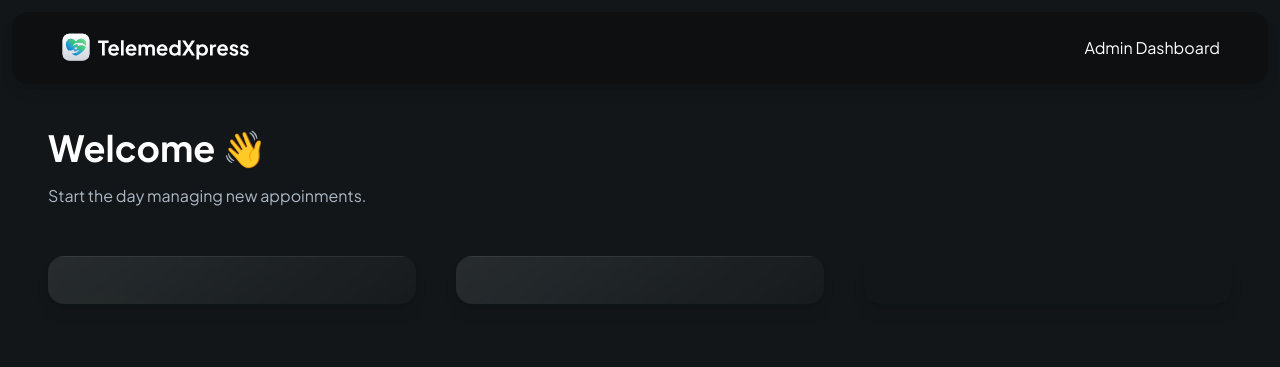
Repository: Carlito-Pedida/telemed
Page: /admin
An editor plug-in stored every save of this project. The page is shown before and after the next save, followed by the edit.
The browser window is 1280 px wide. The pictures show the whole page.
The project was rebuilt for these pictures with package versions that can differ from the ones it lists, and the page was loaded fresh each time. The framework's server and built-in components were replaced by stand-ins that run in the browser. Also part of the build but not shown: next.config.mjs.

Above is the page before, as saved 2024-11-08 16:14:05.

After the next save:
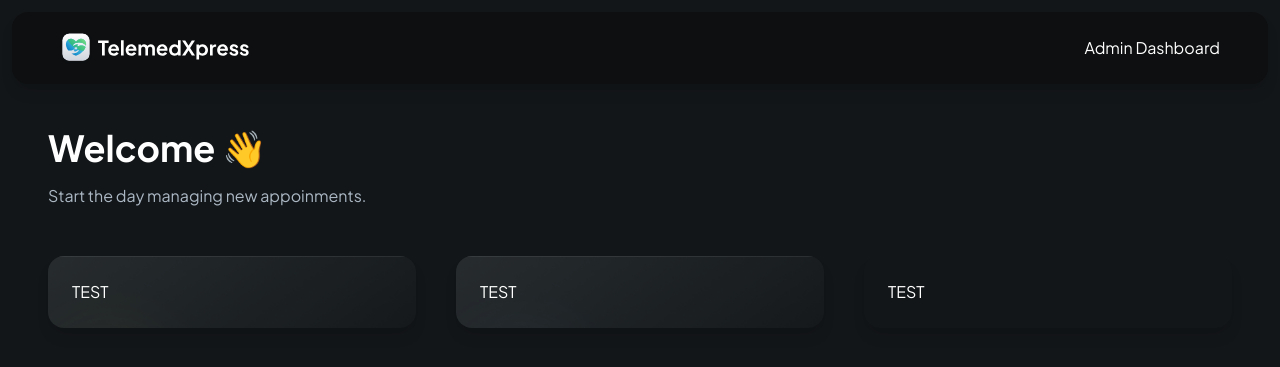
Saved 8 s later.
--- a/components/StatCard.tsx
+++ b/components/StatCard.tsx
@@ -16,7 +16,9 @@ const StatCard = ({ count = 0, label, icon, type }: StatCardProps) => {
         "bg-pending": type === "pending",
         "bg-canceled": type === "canceled"
       })}
-    ></div>
+    >
+      TEST
+    </div>
   );
 };
 
